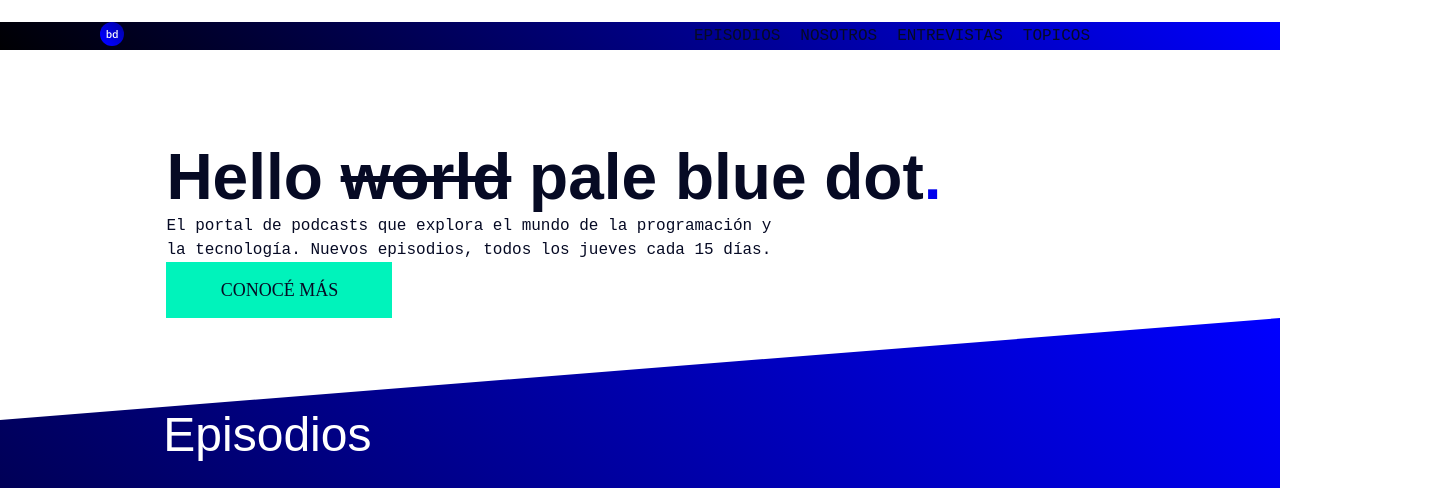
Repository: FedeGA93/podcast
Page: index.html
The author's editor kept a copy of each file at every save. The page is drawn from the files as they stood at one save, then again after the next save.
The browser window is 1280 px wide. The page is 1440 px wide, so the pictures cover 1440 px, including what lies to the right of the window. The pictures show the part of the page from y = 0 to 488 px (the page is 3262 px tall).
Pictures or frames that could not be fetched are drawn as grey boxes. Some web fonts or font styles are not loaded; a fallback is used. Some web libraries are served in a nearby version.

Above is the page before, as saved 2019-11-26 20:45:35.

After the next save:
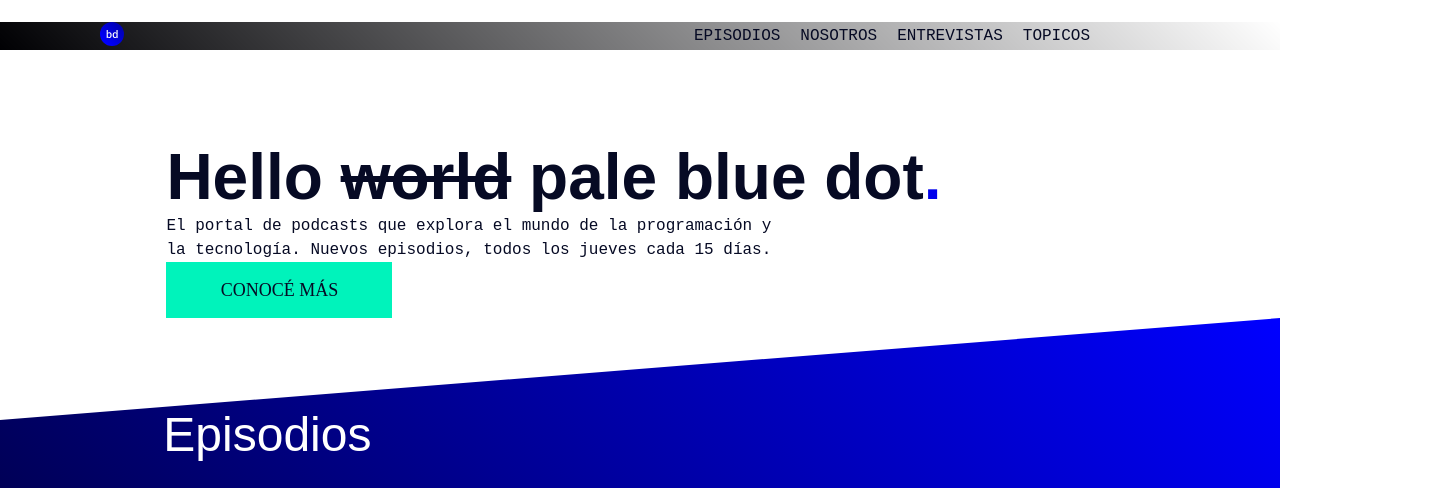
Saved 15 s later.
--- a/styles/styles.css
+++ b/styles/styles.css
@@ -28,7 +28,7 @@
   position:sticky;
   top:0;
   z-index:1000;
-  background-image: linear-gradient(225deg, #0000ff 0%, #000003 100%);
+  background-image: linear-gradient(225deg, #0000 0%, #000003 100%);
 }
 
 .primera-caja {
